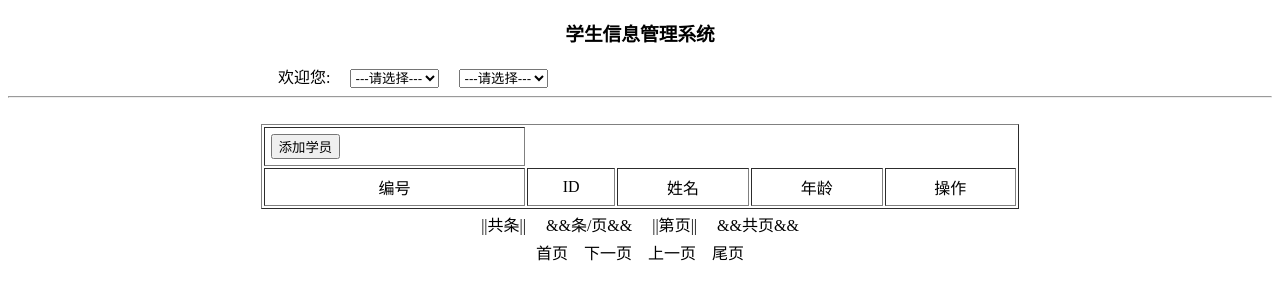
Repository: DataBoxWx/mvc_servlet_3
Page: http://localhost/crud_1/ajax/studentlist.jsp
These files come from the project's save history. The page is drawn as it stood at one moment and after the next save; the edit follows.
The browser window is 1280 px wide. The pictures show the whole page.
The page is served by Tomcat 9. Other server files are loaded and not shown.

Above is the page before, as saved 2018-05-08 11:37:44.

### crud_1/WebContent/ajax/studentlist.jsp
<%@ page language="java" contentType="text/html; charset=UTF-8"
    pageEncoding="UTF-8"%>
<%
	String basePath = request.getScheme() + "://" + request.getServerName() + ":" + 	request.getServerPort() + request.getContextPath() + "/";
%>
<!DOCTYPE html PUBLIC "-//W3C//DTD HTML 4.01 Transitional//EN" "http://www.w3.org/TR/html4/loose.dtd">
<html>
<head>
<base href="<%=basePath%>">
<meta http-equiv="Content-Type" content="text/html; charset=UTF-8">
<script type="text/javascript" src="js/jquery-1.8.3.min.js"></script>
<title>Insert title here</title>
<style type="text/css">
	td{
		text-align: center
	}
</style>
<script type="text/javascript">


	$(function(){
		$.post(
			"controller/list.do",
			function(data){
				$(data.slist).each(function(i){
					$("#tbody").append("<tr><td>"+i+"</td><td>"+this.id
							+"</td><td>"+this.name+"</td><td>"+this.age
							+"</td><td><a href='jsp/studentedit.jsp?id="+this.id
							+"'>编辑</a>||<a href='controller/delete.do?id="+this.id
							+"'>删除</a></td></tr>");
				})
			},
			"json"
		)

		$("#addBtn").click(function(){
			location.href="jsp/studentadd.jsp";
		})

	})
</script>
</head>
<body>
	<h3 align="center">学生信息管理系统</h3>
	<span style="margin-left: 270px" >欢迎您:${username}&nbsp;&nbsp;&nbsp;&nbsp;
		<select id="pid">
			<option>---请选择---</option>
		</select>&nbsp;&nbsp;&nbsp;&nbsp;
		<select id="cid">
			<option>---请选择---</option>
		</select>
	</span><br/>
	<hr/><br>
	<table align="center" border="1" cellpadding="6" width="60%">
		<thead>
			<tr>
				<td style="text-align: left">
					<button id="addBtn">添加学员</button>&nbsp;&nbsp;
				</td>
			</tr>
			<tr>
				<td>编号</td>
				<td>ID</td>
				<td>姓名</td>
				<td>年龄</td>
				<td>操作</td>
			</tr>
		</thead>
		<tbody id="tbody">

		</tbody>
	</table>
	<table align="center" border="0">
			<tr>
				<td>
					||共<span id="total"></span>条||&nbsp;&nbsp;&nbsp;&nbsp;
					&&<span id="pageCount"></span>条/页&&&nbsp;&nbsp;&nbsp;&nbsp;
					||第<span id="pageNu"></span>页||&nbsp;&nbsp;&nbsp;&nbsp;
					&&共<span id="pageSize"></span>页&&


				</td>
			</tr>
			<tr>
				<td>
					<a>首页</a>&nbsp;&nbsp;&nbsp;
					<a>下一页</a>&nbsp;&nbsp;&nbsp;
					<a>上一页</a>&nbsp;&nbsp;&nbsp;
					<a>尾页</a>
				</td>
			</tr>
	</table>
</body>
</html>

### crud_1/src/com/bjpowernode/crud/controller/StudentController.java
 package com.bjpowernode.crud.controller;

import java.io.IOException;
import java.io.PrintWriter;
import java.util.ArrayList;
import java.util.List;

import javax.servlet.ServletException;
import javax.servlet.http.HttpServlet;
import javax.servlet.http.HttpServletRequest;
import javax.servlet.http.HttpServletResponse;

import com.bjpowernode.crud.domain.Students;
import com.bjpowernode.crud.service.StudentService;
import com.bjpowernode.crud.service.impl.StudentServiceImpl;
import com.bjpowernode.crud.util.ServiceFactory;
import com.sun.org.apache.bcel.internal.generic.NEW;

public class StudentController extends HttpServlet{
	@Override
	protected void doGet(HttpServletRequest request, HttpServletResponse response) throws ServletException, IOException {
		response.setContentType("text/html;charset=utf-8");
		request.setCharacterEncoding("utf-8");
		StudentService studentService  = (StudentService) ServiceFactory.getService(new StudentServiceImpl());
		String path = request.getServletPath();
		if("/controller/list.do".equals(path)){

			list(request,response,studentService);

		}else if("/controller/save.do".equals(path)){

			save(request,response,studentService);
			response.sendRedirect(request.getContextPath()+"/ajax/studentlist.jsp");

		}else if("/controller/delete.do".equals(path)){

			delete(request,response,studentService);
			response.sendRedirect(request.getContextPath()+"/ajax/studentlist.jsp");

		}else if("/controller/update.do".equals(path)){

			update(request,response,studentService);
			response.sendRedirect(request.getContextPath()+"/ajax/studentlist.jsp");

		}else if("/controller/edit.do".equals(path)){
			edit(request,response,studentService);
		}
	}
	private void edit(HttpServletRequest request, HttpServletResponse response, StudentService studentService) throws IOException {
		String id = request.getParameter("id");

		Students stu = studentService.getStudentById(id);
		StringBuffer buffer = new StringBuffer();
		//{"id":"?","name":"?","age":?}
		buffer.append("{\"id\":\"");
		buffer.append(stu.getId());
		buffer.append("\",\"name\":\"");
		buffer.append(stu.getName());
		buffer.append("\",\"age\":");
		buffer.append(stu.getAge());
		buffer.append("}");
		PrintWriter out = response.getWriter();
		out.print(buffer.toString());
		out.close();

	}
	private void update(HttpServletRequest request, HttpServletResponse response, StudentService studentService) {
		String id = request.getParameter("id");
		String name = request.getParameter("name");
		String ageStr = request.getParameter("age");
		int age = Integer.valueOf(ageStr);
		Students stu = new Students();
		stu.setId(id);
		stu.setName(name);
		stu.setAge(age);
		studentService.updateStudent(stu);

	}
	private void delete(HttpServletRequest request, HttpServletResponse response, StudentService studentService) {
		String id = request.getParameter("id");
		studentService.deleteStudent(id);
	}
	private void save(HttpServletRequest request, HttpServletResponse response, StudentService studentService) {
		System.out.println("进入添加学生操作");
		String name = request.getParameter("username");
		String ageStr = request.getParameter("age");
		int age = Integer.valueOf(ageStr);
		Students stu = new Students();
		stu.setName(name);
		stu.setAge(age);
		studentService.addStudent(stu);

	}
	private void list(HttpServletRequest request, HttpServletResponse response, StudentService studentService) throws IOException {
		System.out.println("进入学生列表操作");
		List<Students> slist = studentService.getAll();
		StringBuffer buffer = new StringBuffer();
		//{"slist":[{"id":"?","name":"?","age":?}]}
		buffer.append("{\"slist\":[");
		for(int i = 0; i< slist.size();i++){
			Students stu = slist.get(i);
			buffer.append("{\"id\":\"");
			buffer.append(stu.getId());
			buffer.append("\",\"name\":\"");
			buffer.append(stu.getName());
			buffer.append("\",\"age\":");
			buffer.append(stu.getAge());
			buffer.append("}");
			if( i< slist.size()-1){
				buffer.append(",");
			}
		}
		buffer.append("]}");
		System.out.println(buffer);
		PrintWriter out = response.getWriter();
		out.print(buffer.toString());
		out.close();
	}
	@Override
	protected void doPost(HttpServletRequest request, HttpServletResponse response) throws ServletException, IOException {
		this.doGet(request, response);
	}
}

Loaded but not shown: crud_1/WebContent/js/jquery-1.8.3.min.js (library)

After the next save:
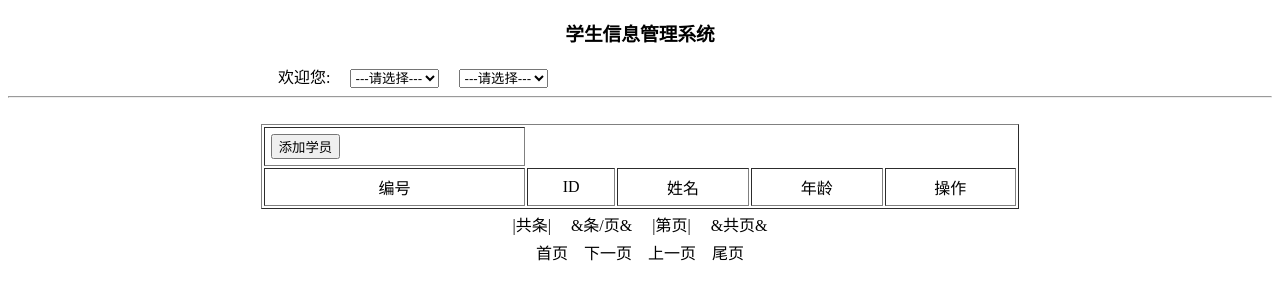
Saved 28 s later.
--- a/crud_1/WebContent/ajax/studentlist.jsp
+++ b/crud_1/WebContent/ajax/studentlist.jsp
@@ -73,10 +73,10 @@
 	<table align="center" border="0">
 			<tr>
 				<td>
-					||共<span id="total"></span>条||&nbsp;&nbsp;&nbsp;&nbsp;
-					&&<span id="pageCount"></span>条/页&&&nbsp;&nbsp;&nbsp;&nbsp;
-					||第<span id="pageNu"></span>页||&nbsp;&nbsp;&nbsp;&nbsp;
-					&&共<span id="pageSize"></span>页&&
+					|共<span id="total"></span>条|&nbsp;&nbsp;&nbsp;&nbsp;
+					&<span id="pageCount"></span>条/页&&nbsp;&nbsp;&nbsp;&nbsp;
+					|第<span id="pageNu"></span>页|&nbsp;&nbsp;&nbsp;&nbsp;
+					&共<span id="pageSize"></span>页&
 
 
 				</td>
